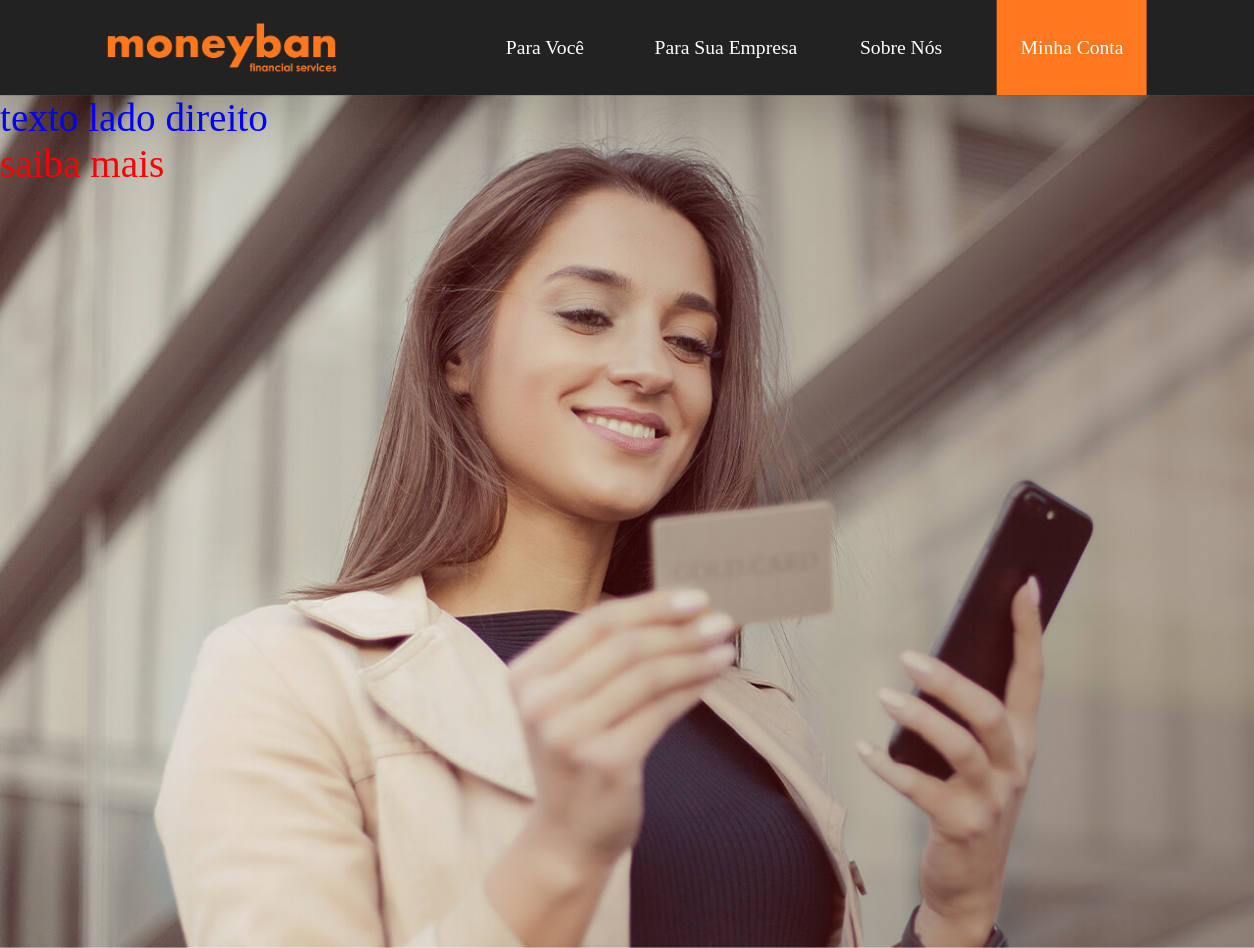
Repository: IvanCardoso91/moneyban
Page: index.html
An editor plug-in stored every save of this project. The page is shown before and after the next save, followed by the edit.
The browser window is 1280 px wide. The pictures show the whole page, at 98% of full size.
Some icons come from a web library that is not loaded, so they are not drawn. Some web fonts or font styles are not loaded; a fallback is used.

Above is the page before, as saved 2020-12-15 01:04:54.

### index.html
<!DOCTYPE html>
<html lang="en">

<head>
    <meta charset="UTF-8">
    <meta name="viewport" content="width=device-width, initial-scale=1.0">
    <link rel="stylesheet" href="./style/main-style.css" type="text/css">
    <link href="/Repositorios/site-moneyban/assets/fontawesome-free/css/all.css" rel="stylesheet">
    <title>Moneyban</title>
    <div class="menu-box">
        <div class="site-title">
            <img src="./assets/img/moneyban 3.png" alt="moneyban" width="233" height="49" />
        </div>
        <div class="menu-options">
            <div style="height: 100%; display: flex;align-items: center;">
                <button onclick="myFunction('personal')" class="menu-options-btn menu-options-text">Para Você <i class="fas fa-chevron-down"></i></button>
                <div style="position: absolute; margin-top: 335px;">
                    <div id="myDropdown" class="dropdown-content">
                        <a>Detran Parcelado</a>
                        <a>Credito Pessoal <span>(em breve)</span></a>
                        <a>Conta Digital <span>(em breve)</span></a>
                        <a>Cartão Internacional <span>(em breve)</span></a>
                        <a>Seguro de Celular <span>(em breve)</span></a>
                    </div>
                </div>
            </div>
            <div style="height: 100%; display: flex;align-items: center;">
                <button onclick="myFunction('enterprise')" class="menu-options-btn menu-options-text">Para Sua Empresa <i class="fas fa-chevron-down"></i></button>
                <div style="position: absolute; margin-top: 295px;">
                    <div id="enterpriseDropdown" class="dropdown-content" style="margin-left: 18px;">
                        <a>Detran Parcelado Frota</a>
                        <a>Capital de Giro <span>(em breve)</span></a>
                        <a>Conta Digital <span>(em breve)</span></a>
                        <a>Cartão Internacional <span>(em breve)</span></a>
                    </div>
                </div>
            </div>
            <div style="height: 100%; display: flex;align-items: center;">
                <span class="menu-options-text"><a>Sobre Nós</a></span>
            </div>
            <div class="menu-options-my-account"><a>Minha Conta</a></div>
        </div>
    </div>
</head>

<body>
    <div class="box-img1">
        <div>

            <div style="font-size: 40px; color: blue">
                texto lado direito
            </div>
        </div>
        <div style="font-size: 40px; color: red">
            saiba mais
        </div>
    </div>





    <script type="text/javascript" src="./script/main-index.js"></script>
</body>

</html>

### style/main-style.css
@font-face {
    font-family: 'Century Gothic';
    src: url('/Repositorios/site-moneyban/assets/fonts/Century_Gothic.ttf')
}

body {
    margin: 0px;
}

a {
    cursor: pointer;
}


/* MENU HEADER */

.menu-box {
    background-color: #222222;
    width: 100%;
    display: flex;
    flex-direction: row;
    justify-content: space-evenly;
    height: 97px;
}

.site-title {
    display: flex;
    align-items: center;
}

.title-text {
    color: #FF781D;
    font-family: 'Century Gothic';
    font-weight: bold;
}

.subtitle-text {
    color: #FF781D;
    font-family: 'Century Gothic';
}

.menu-options {
    display: flex;
    align-items: center;
    justify-content: flex-end;
}

.menu-options-text {
    color: #FFFFFF;
    font-size: 20px;
    font-family: 'Century Gothic';
    margin-left: 56px;
    background-color: #0000;
    border-color: #0000;
    cursor: pointer;
}

.menu-options-text:focus {
    outline: 0;
}

.menu-options-my-account {
    background-color: #FF781D;
    color: #FFFFFF;
    font-size: 20px;
    font-family: 'Century Gothic';
    margin-left: 56px;
    height: 100%;
    display: flex;
    align-items: center;
    padding: 0px 24px;
}

.fa-chevron-down {
    color: #FF781D;
    pointer-events: none;
}


/* FIM DO MENU HEADER */


/* DROPDOWN */

.dropbtn {
    background-color: #3498DB;
    color: white;
    padding: 16px;
    font-size: 16px;
    border: none;
    cursor: pointer;
}

.dropbtn:hover,
.dropbtn:focus {
    background-color: #2980B9;
}

.dropdown {
    position: relative;
    display: inline-block;
}

.dropdown-content {
    display: none;
    font-size: 14px;
    font-family: 'Century Gothic';
    background-color: #222222B3;
    cursor: pointer;
    opacity: 1;
    border: 2px solid transparent;
    border-top-color: #FF781D;
    transition: all 2s ease-in-out;
}

.dropdown-content a {
    color: #FFFFFF !important
}

.dropdown-content span {
    color: #FF781D !important;
    font-size: 10px
}

.dropdown-content a {
    color: black;
    padding: 12px 16px;
    text-decoration: none;
    display: block;
}

.dropdown a:hover {
    background-color: #ddd;
}

.show {
    display: flex;
    flex-direction: column;
    align-content: flex-start;
    width: 292px;
    padding: 15px;
}


/* FIM DO DROPDOWN */

.box-img1 {
    height: 870px;
    background-image: url('/Repositorios/site-moneyban/assets/img/bg-home-parcelar-documentos-carro-moto.jpg');
}

### script/main-index.js
function myFunction(option) {
    if (option === 'personal') {
        document.getElementById("myDropdown").classList.toggle("show");
        document.getElementById("enterpriseDropdown").classList.remove("show")
    } else {
        document.getElementById("enterpriseDropdown").classList.toggle("show");
        document.getElementById("myDropdown").classList.remove("show");
    }

}

// Close the dropdown if the user clicks outside of it
window.onclick = function(event) {
    if (!event.target.matches('.menu-options-btn')) {
        var dropdowns = document.getElementsByClassName("dropdown-content");
        var i;
        for (i = 0; i < dropdowns.length; i++) {
            var openDropdown = dropdowns[i];
            if (openDropdown.classList.contains('show')) {
                openDropdown.classList.remove('show');
            }
        }
    }
}

// NAO ESQUECER DE ADICIONAR O MÉTODO POST
{
    /* <form method="post" action="https://consulta.moneyban.com.br/licenciamento.php" name="form">
    	<input type="text" placeholder="Nome Completo" name="cnome">
    	<input type="email" placeholder="E-mail" name="cemail">
    	<input type="tel" placeholder="Telefone" name="cphone">
    	<input type="text" placeholder="Renavam" id="renavam" name="crenavam" maxlength="11">
    	<input type="hidden" name="cparceiro" value="">
    	<input type="hidden" name="cuf" value="PR">
    	<button type="submit" >Consultar Grátis</button>
    </form> */
}

After the next save:
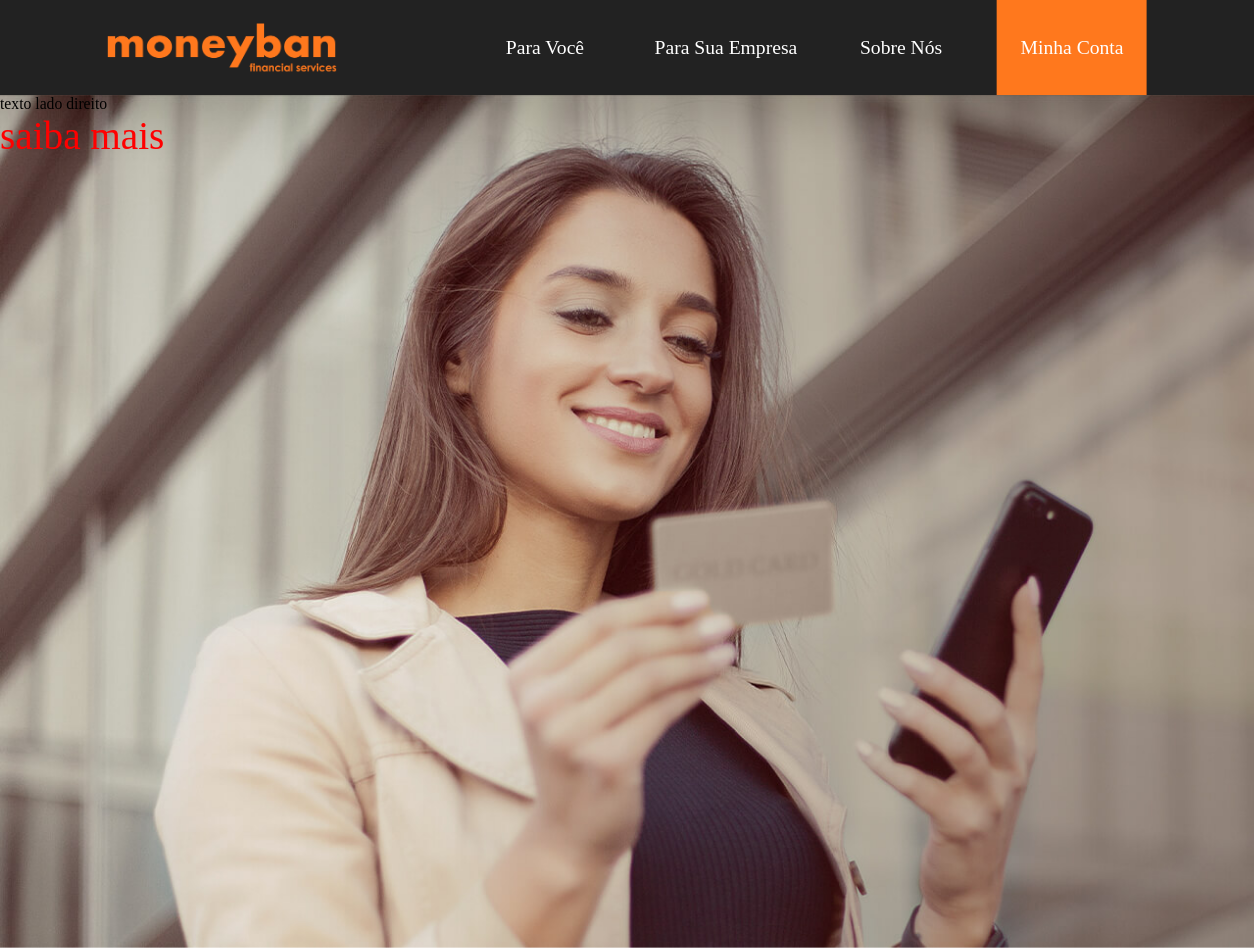
Saved 10 min 54 s later.
--- a/index.html
+++ b/index.html
@@ -45,11 +45,8 @@
 
 <body>
     <div class="box-img1">
-        <div>
-
-            <div style="font-size: 40px; color: blue">
-                texto lado direito
-            </div>
+        <div class="right-side-text">
+            texto lado direito
         </div>
         <div style="font-size: 40px; color: red">
             saiba mais
